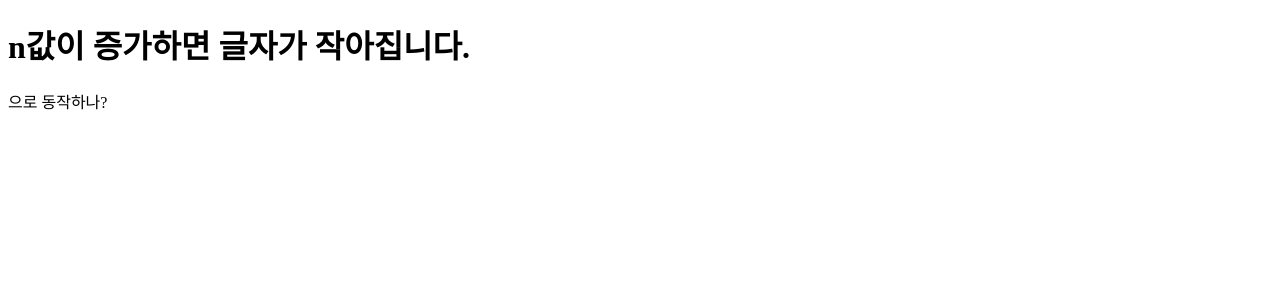
Repository: logicallaw/internet_programming
Page: T01/public/hello.html
An editor plug-in stored every save of this project. The page is shown before and after the next save, followed by the edit.
The browser window is 1280 px wide. The pictures show the whole page.

Above is the page before, as saved 2025-03-11 10:20:06.

### T01/public/hello.html
<!DOCTYPE html>
<html>
<head>
<meta charset="UTF-8">
<title>첫 페이지</title>
</head>
<body>
<h1>n값이 증가하면 글자가 작아집니다.</h1>으로 동작하나?
</body>
</html>

After the next save:
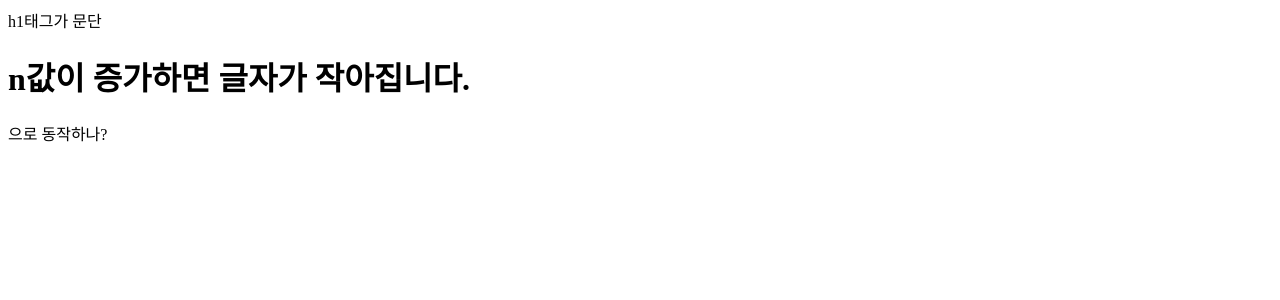
Saved 37 s later.
--- a/T01/public/hello.html
+++ b/T01/public/hello.html
@@ -5,6 +5,6 @@
 <title>첫 페이지</title>
 </head>
 <body>
-<h1>n값이 증가하면 글자가 작아집니다.</h1>으로 동작하나?
+h1태그가 문단<h1>n값이 증가하면 글자가 작아집니다.</h1>으로 동작하나?
 </body>
 </html>
